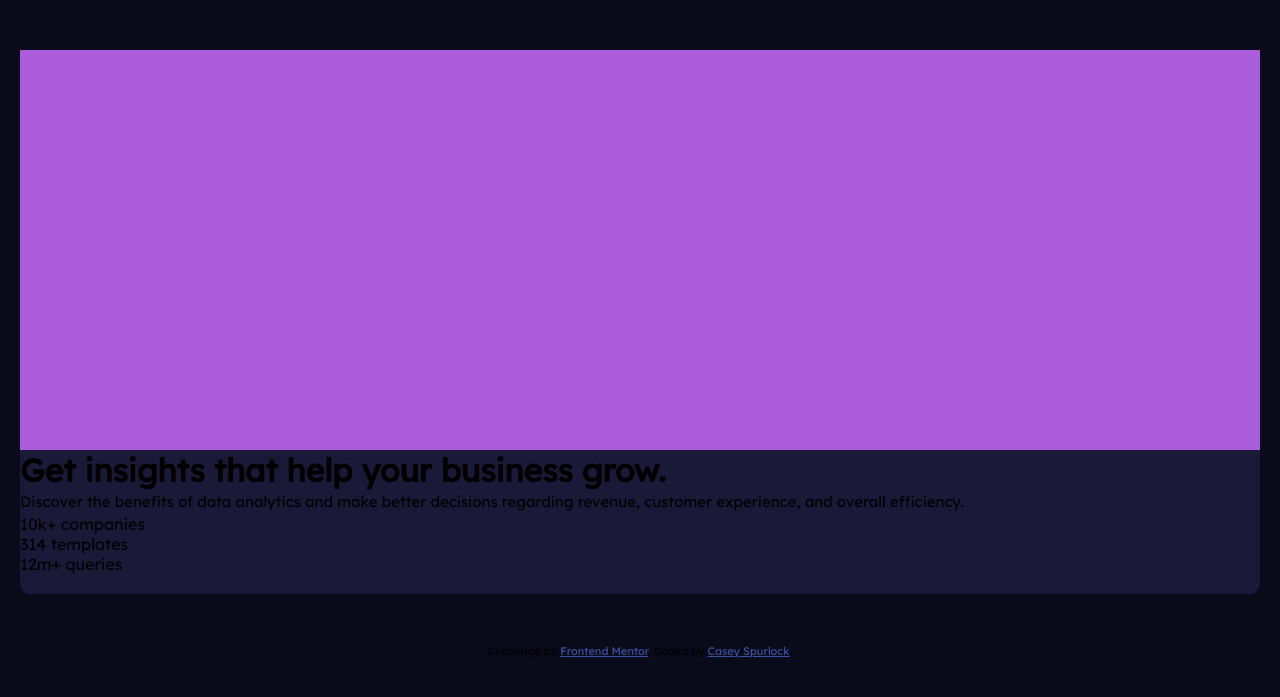
Repository: CaseySpurlock/stats-prewiew-component
Page: index.html
These files come from the project's save history. The page is drawn as it stood at one moment and after the next save; the edit follows.
The browser window is 1280 px wide. The pictures show the whole page.

Above is the page before, as saved 2021-06-22 01:15:14.

### index.html
<!DOCTYPE html>
<html lang="en">
<head>
  <meta charset="UTF-8">
  <meta name="viewport" content="width=device-width, initial-scale=1.0"> <!-- displays site properly based on user's device -->

  <link rel="icon" type="image/png" sizes="32x32" href="./images/favicon-32x32.png">

  <title>Frontend Mentor | Stats preview card component</title>

  <link rel="stylesheet" href="styles.css">
  <link rel="preconnect" href="https://fonts.googleapis.com">
  <link rel="preconnect" href="https://fonts.gstatic.com" crossorigin>
  <link href="https://fonts.googleapis.com/css2?family=Inter:wght@400;700&family=Lexend+Deca&display=swap" rel="stylesheet">

</head>

<body>

  <div class="container">
    <div class="card picture">
      <div class="overlay"></div>
    </div>
      <div class="card">
        <h1>Get insights that help your business grow.</h1>
      <p>Discover the benefits of data analytics and make better decisions regarding revenue, customer
        experience, and overall efficiency.</p>
        <ul>
          <li>10k+ companies</li>
          <li>314 templates</li>
          <li>12m+ queries</li>
        </ul>
      </div>
      </div>








  <div class="attribution">
    Challenge by <a href="https://www.frontendmentor.io?ref=challenge" target="_blank">Frontend Mentor</a>.
    Coded by <a href="#">Casey Spurlock</a>.
  </div>
</body>
</html>

### styles.css
:root {
    --Very-dark-blue: hsl(233, 47%, 7%);
    --Dark-desaturated-blue: hsl(244, 38%, 16%);
    --Soft-violet: hsl(277, 64%, 61%);
    --White: hsl(0, 0%, 100%);
    --Slightly-transparent -white: hsla(0, 0%, 100%, 0.75);
    --Slightly-transparent-white: hsla(0, 0%, 100%, 0.6);
}

* {
    margin: 0;
    padding: 0;
    box-sizing: border-box;
}

img {
    max-width: 100%;
}

ul {
    list-style-type: none;
}

body {
    font-family: "lexend deca", sans-serif;
    background-color: var(--Very-dark-blue);
}

p {
    font-size: 15px;
    line-height: 1.6;
}

.container {
    background-color: var(--Dark-desaturated-blue);
    margin: 50px 20px;
    padding: 0 0 20px;
    border-radius: 10px;
}

.container .picture  {
    background: url(./images/image-header-mobile.jpg)
    no-repeat center/cover;
    height: 400px;
}

.container .picture .overlay {
    background-color: hsla(277, 64%, 61%);
    height: 400px;
}

.container .picture img {
    border-radius: 10px 10px 0 0;
}


.attribution {
    font-size: 11px;
    text-align: center;
}
.attribution a {
    color: hsl(228, 45%, 44%);
}

After the next save:
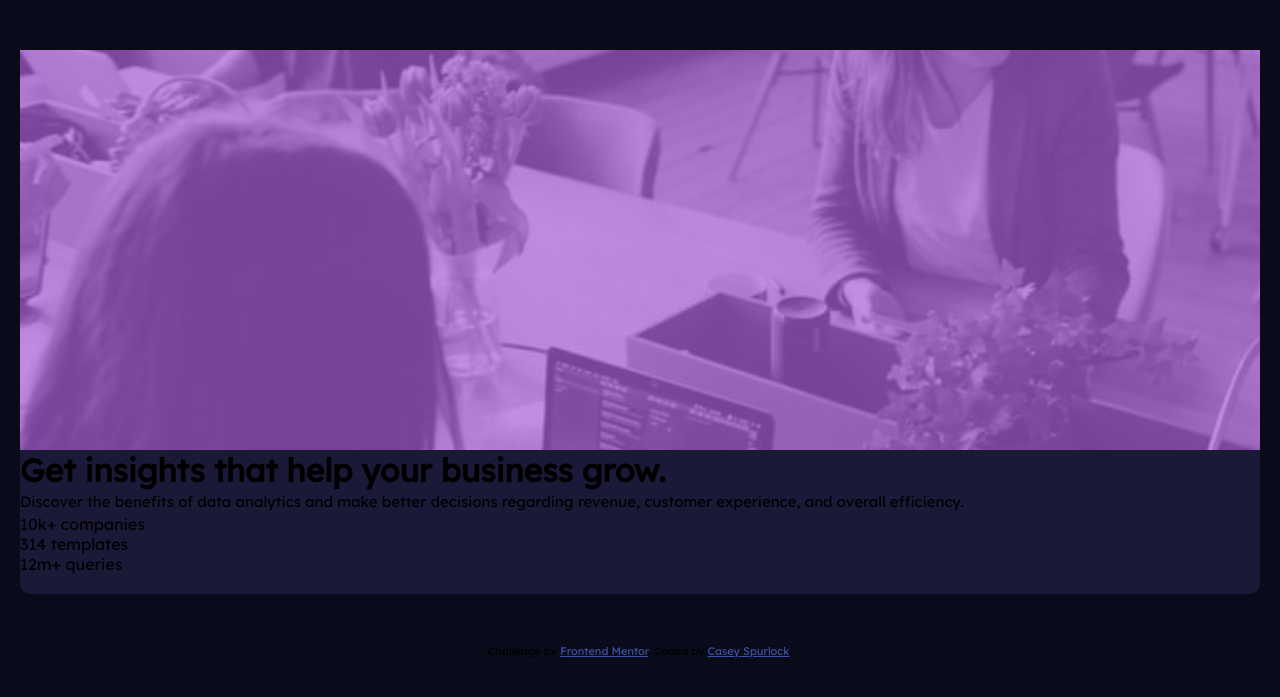
Saved 14 s later.
--- a/styles.css
+++ b/styles.css
@@ -45,7 +45,7 @@
 }
 
 .container .picture .overlay {
-    background-color: hsla(277, 64%, 61%);
+    background-color: hsla(277, 64%, 61%, .7);
     height: 400px;
 }
 
